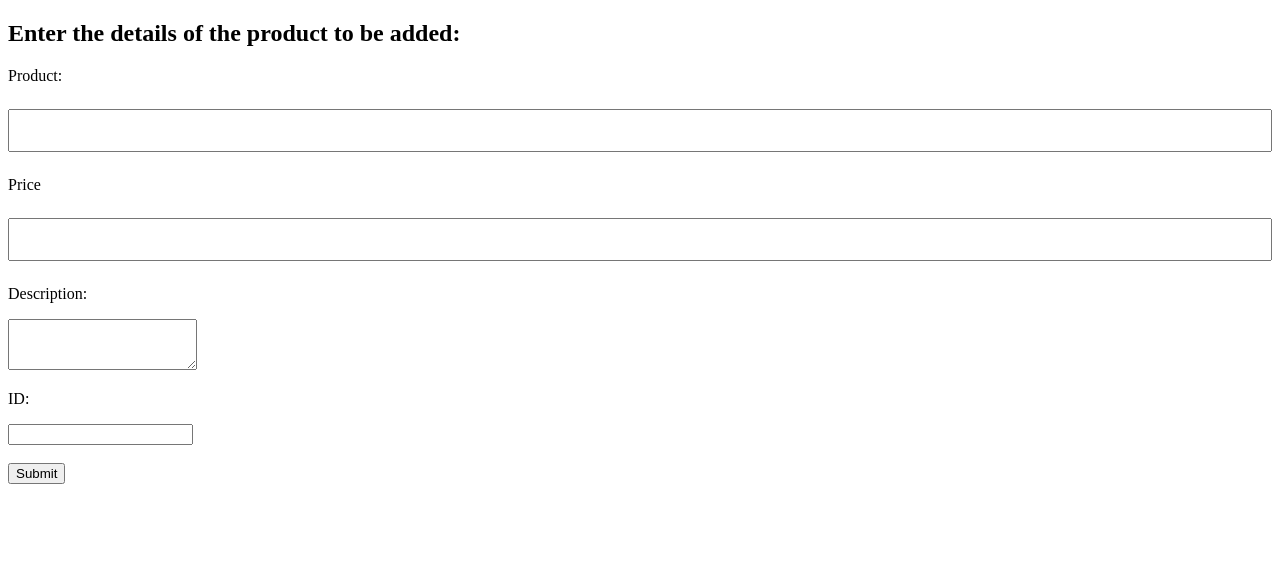
Repository: Shreya200012/FoodBox
Page: http://localhost/foodWeb/addData.jsp
These files come from the project's save history. The page is drawn as it stood at one moment and after the next save; the edit follows.
The browser window is 1280 px wide. The pictures show the whole page.
The page is served by Tomcat 9. Other server files are loaded and not shown.

Above is the page before, as saved 2022-06-14 12:07:10.

### foodWeb/src/main/webapp/addData.jsp
<%@ page language="java" contentType="text/html; charset=ISO-8859-1"
    pageEncoding="ISO-8859-1"%>
<!DOCTYPE html>
<html>
<head>
<meta charset="ISO-8859-1">
<title>Insert title here</title>
<style>
input[type=text] {
  width: 100%;
  padding: 12px 20px;
  margin: 8px 0;
  box-sizing: border-box;
}
input[type=textarea] {
  width: 100%;
  padding: 12px 20px;
  margin: 8px 0;
  box-sizing: border-box;
}
</style>
</head>
<body>
<h2>Enter the details of the product to be added: </h2>
<form action=" ">
<p>Product: <p>
<input type="text" name="product">
<p>Price<p>
<input type="text" name="price">
<p>Description:</p>
<textarea type="textarea" rows="3" cols="21" name="description"></textarea>
<p>ID:</p>
<input type="number" name="id">
<br>
<br>
<input type="submit">
</form>
</body>
</html>

After the next save:
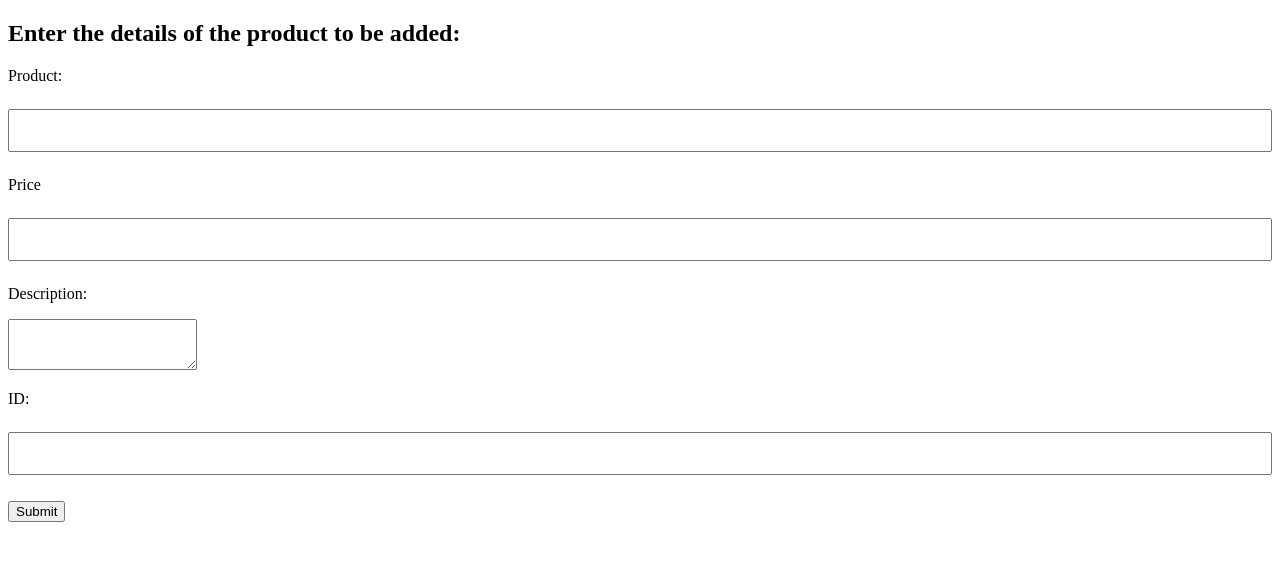
Saved 16 s later.
--- a/foodWeb/src/main/webapp/addData.jsp
+++ b/foodWeb/src/main/webapp/addData.jsp
@@ -13,6 +13,12 @@ input[type=text] {
   box-sizing: border-box;
 }
 input[type=textarea] {
+  width: 100%;
+  padding: 12px 20px;
+  margin: 8px 0;
+  box-sizing: border-box;
+}
+input[type=number] {
   width: 100%;
   padding: 12px 20px;
   margin: 8px 0;
